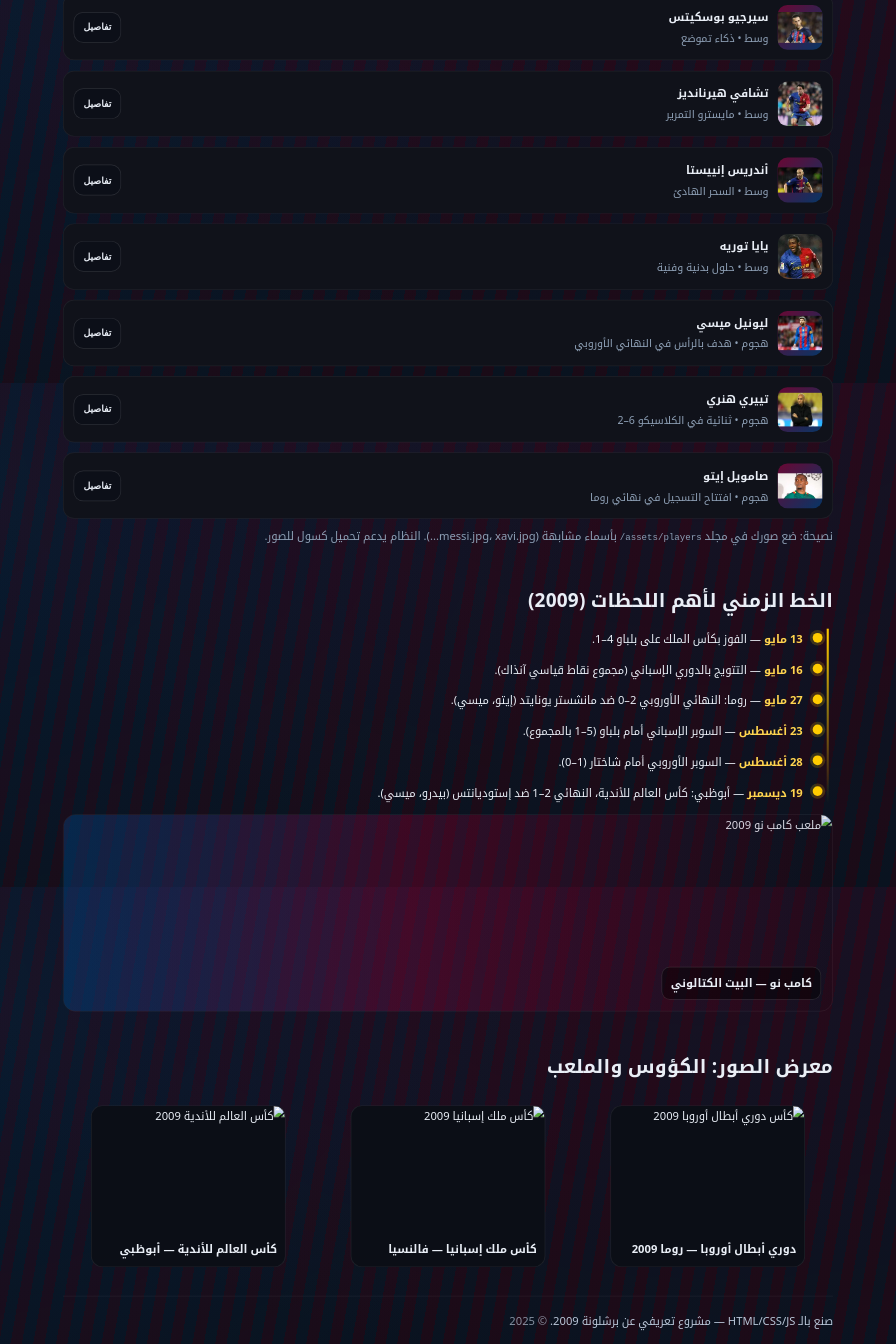
Repository: baha1115/aya-barca
Page: index.html
The author's editor kept a copy of each file at every save. The page is drawn from the files as they stood at one save, then again after the next save.
The browser window is 1280 px wide. The pictures show the part of the page from y = 1613 to 3533 px (the page is 3533 px tall), at 70% of full size.

Above is the page before, as saved 2025-11-17 14:51:48.
Not found: assets/stadium/camp-nou.jpg
Not found: assets/trophies/cdr-2009.jpg
Not found: assets/trophies/cwc-2009.jpg

### index.html
<!DOCTYPE html>
<html lang="ar" dir="rtl">
<head>
  <meta charset="utf-8" />
  <meta name="viewport" content="width=device-width, initial-scale=1" />
  <title>برشلونة 2009 | جيل السداسية</title>
  <meta name="description" content="موقع تعريفي بسيط عن نادي برشلونة 2009: إنجازات السداسية، أبرز اللاعبين، خطط اللعب، وخط زمني لأهم المباريات." />
  <style>
    :root {
      --garnet: #a50044; /* العنابي */
      --blue: #004d98;   /* الأزرق */
      --gold: #ffcc00;   /* الذهبي */
      --ink: #0d0d0f;
      --card: #10121a;
      --muted: #8ea0b6;
      --bg: #0a0c12;
      --ring: rgba(255,204,0,.35);
    }
    * { box-sizing: border-box }
    html,body { height: 100% }
    body {
      margin: 0; font-family: system-ui, -apple-system, Segoe UI, Roboto, "Noto Kufi Arabic", Tahoma, Arial, sans-serif;
      /* خلفية برشلونية بخطوط بلاوغرانا + تدرجات */
      background:
        radial-gradient(1200px 800px at 80% -10%, rgba(165,0,68,.12), transparent),
        radial-gradient(1000px 700px at -10% 20%, rgba(0,77,152,.14), transparent),
        repeating-linear-gradient( 100deg,
          rgba(165,0,68,.10) 0 16px,
          rgba(0,77,152,.10) 16px 32px
        ),
        var(--bg);
      color: #e9eef6; line-height: 1.85;
    }
    a { color: var(--gold); text-decoration: none }
    img { max-width: 100%; height: auto; display: block }
    .container { width: min(1100px, 92vw); margin-inline: auto }

    /* Navbar */
    header {
      position: sticky; top: 0; z-index: 50;
      backdrop-filter: blur(8px);
      background: linear-gradient(90deg, rgba(10,12,18,.85), rgba(10,12,18,.4));
      border-bottom: 1px solid rgba(255,255,255,.06);
    }
    nav { display: flex; align-items: center; justify-content: space-between; padding: .8rem 0; gap:.8rem; flex-wrap: wrap }
    .brand { display: flex; align-items: center; gap: .7rem; font-weight: 800; letter-spacing: .3px }
    .brand .crest { width: 34px; aspect-ratio: 1; border-radius: 10px; background:
      conic-gradient(from 0deg, var(--garnet) 0 50%, var(--blue) 0 100%);
      box-shadow: 0 0 0 3px rgba(255,255,255,.04), 0 8px 30px rgba(0,0,0,.25);
      position: relative; isolation: isolate;
    }
    .brand .crest::after{ content:""; position:absolute; inset:18% 18% 18% 18%; border-radius: 6px; background: radial-gradient(circle at 50% 30%, #ffd54f, transparent 60%) }
    .nav-links { display: flex; gap: .6rem; flex-wrap: wrap }
    .nav-links a { padding: .45rem .7rem; border-radius: 14px; font-weight: 700; color: #e9eef6 }
    .nav-links a:hover { background: rgba(255,255,255,.06) }
    .actions { display:flex; align-items:center; gap:.6rem; flex-wrap:wrap }
    .btn { border: 1px solid rgba(255,255,255,.12); background: #0c0f18; color: #e9eef6; padding:.7rem .9rem; border-radius: 14px; font-weight:800; cursor:pointer; min-height:44px }
    .btn:hover{ border-color: var(--ring); box-shadow: 0 0 0 3px var(--ring) }

    /* Hero */
    .hero { display: grid; grid-template-columns: 1.2fr 1fr; gap: 2rem; align-items: center; padding: 1.6rem 0 1rem }
    .hero h1 { font-size: clamp(1.6rem, 2.2rem + 1vw, 3rem); margin: 0 0 .6rem; line-height: 1.2 }
    .badge { display:inline-flex; gap:.5rem; align-items:center; background: linear-gradient(90deg, rgba(165,0,68,.35), rgba(0,77,152,.35)); padding:.35rem .6rem; border:1px solid rgba(255,255,255,.08); border-radius: 999px; font-weight: 800 }
    .hero p { color: #c9d5e7 }
    .hero-card { background: linear-gradient(180deg, rgba(255,255,255,.04), rgba(255,255,255,.02)); border: 1px solid rgba(255,255,255,.06); padding: 1rem; border-radius: 18px; box-shadow: 0 10px 40px rgba(0,0,0,.25) }
    .stats { display: grid; grid-template-columns: repeat(3, 1fr); gap: .8rem; margin-top: 1rem }
    .stat { background: var(--card); border: 1px solid rgba(255,255,255,.06); padding: .9rem; border-radius: 14px; text-align: center }
    .stat .num { display:block; font-weight: 900; font-size: clamp(1.4rem,1.1rem + 1vw,1.9rem) }

    /* Sections */
    section { padding: 1.6rem 0; scroll-margin-top: 90px }
    h2 { font-size: clamp(1.2rem, .9rem + 1vw, 1.7rem); margin: 0 0 1rem; letter-spacing: .3px }
    .grid { display: grid; gap: .8rem }
    .grid-3 { grid-template-columns: repeat(3, 1fr) }
    .grid-2 { grid-template-columns: repeat(2, 1fr) }

    /* Players */
    .filters { display:flex; gap:.6rem; flex-wrap:wrap; margin-bottom: 1rem }
    .chip { padding:.5rem .75rem; border-radius: 999px; border:1px solid rgba(255,255,255,.12); background:#0c0f18; cursor:pointer; font-weight:800; min-height:40px }
    .chip[aria-pressed="true"]{ outline: 3px solid var(--ring); border-color: var(--ring) }
    .player-card { background: var(--card); border: 1px solid rgba(255,255,255,.06); border-radius: 16px; padding: .9rem; display: grid; grid-template-columns: 64px 1fr auto; gap: .8rem; align-items:center }
    .player-thumb { width:64px; aspect-ratio:1; border-radius: 14px; overflow: hidden; background: linear-gradient(135deg, rgba(165,0,68,.6), rgba(0,77,152,.6)); display:grid; place-items:center; font-weight:900 }
    .player-name { margin:0; font-weight:900 }
    .player-pos { color: var(--muted); font-size: .95rem }
    .player-card button { padding:.45rem .8rem }

    /* Timeline */
    .timeline { position: relative; padding-right: 1rem }
    .timeline::before { content:""; position:absolute; right:6px; top:0; bottom:0; width:3px; background: linear-gradient(var(--gold), transparent) }
    .moment { position:relative; padding-right: 1.7rem; margin-bottom: .9rem }
    .moment::before { content:""; position:absolute; right:-1px; top:.35rem; width:14px; height:14px; border-radius:50%; background: var(--gold); box-shadow: 0 0 0 4px rgba(255,204,0,.18) }
    .moment time { font-weight:800; color:#ffd54f }

    /* Gallery */
    .gallery { display:grid; gap:.8rem; grid-template-columns: repeat(3, 1fr) }
    .tile { background: #0b0e16; border:1px solid rgba(255,255,255,.08); border-radius: 16px; overflow: hidden }
    .tile img { width:100%; height:180px; object-fit: cover }
    .tile .cap { padding:.6rem .7rem; font-weight:700 }

    /* Stadium banner */
    .banner { position:relative; overflow:hidden; border-radius:18px; border:1px solid rgba(255,255,255,.08) }
    .banner img { width:100%; height: 280px; object-fit: cover; filter: saturate(1.1) contrast(1.05) }
    .banner .overlay { position:absolute; inset:0; background: linear-gradient( to left, rgba(10,12,18,.1), rgba(165,0,68,.25) 55%, rgba(0,77,152,.35) ); mix-blend: multiply }
    .banner .label { position:absolute; right:1rem; bottom:1rem; padding:.5rem .75rem; border-radius:12px; background: rgba(0,0,0,.45); border:1px solid rgba(255,255,255,.12); font-weight:900 }

    /* Modal */
    .modal { position: fixed; inset: 0; display: none; place-items: center; background: rgba(0,0,0,.5); backdrop-filter: blur(6px) }
    .modal[open] { display: grid }
    .modal-card { width: min(720px, 92vw); background: #0b0e16; border:1px solid rgba(255,255,255,.08); border-radius: 18px; padding: 1rem }
    .modal-top { display:flex; align-items:center; justify-content: space-between; gap:1rem; border-bottom: 1px solid rgba(255,255,255,.06); padding-bottom: .6rem; margin-bottom: .7rem }

    /* Footer */
    footer { border-top: 1px solid rgba(255,255,255,.06); padding: 1.2rem 0; color: #b9c6d8 }

    /* Responsive */
    @media (max-width: 860px){
      .hero { grid-template-columns: 1fr; gap:1rem }
      .grid-3 { grid-template-columns: 1fr }
      .grid-2 { grid-template-columns: 1fr }
      .gallery { grid-template-columns: 1fr 1fr }
      .player-card { grid-template-columns: 56px 1fr auto }
      .player-thumb{ width:56px }
      nav { padding: .6rem 0 }
    }
    @media (max-width: 520px){
      .stats { grid-template-columns: 1fr 1fr }
      .gallery { grid-template-columns: 1fr }
      .nav-links { gap:.4rem }
      .nav-links a { padding:.4rem .55rem }
      .btn { width: 100% }
      .actions { width: 100% }
    }
  </style>
</head>
<body>
  <header>
    <div class="container">
      <nav>
        <div class="brand">
          <div aria-hidden="true" class="crest"></div>
          <span>برشلونة 2009</span>
        </div>
        <div class="nav-links">
          <a href="#about">عن الفريق</a>
          <a href="#trophies">الإنجازات</a>
          <a href="#players">اللاعبون</a>
          <a href="#timeline">الخط الزمني</a>
        </div>
        <div class="actions">
          <button class="btn" id="themeToggle" aria-pressed="false">وضع داكن/فاتح</button>
          <a class="btn" href="#players">ابدأ الاستكشاف</a>
        </div>
      </nav>
    </div>
  </header>

  <main class="container">
    <!-- Hero -->
    <section class="hero" id="about">
      <div>
        <span class="badge">جيل بيب جوارديولا • 2008–09</span>
        <h1>برشلونة 2009 — <span style="background:linear-gradient(90deg,var(--gold),#fff);-webkit-background-clip:text;background-clip:text;color:transparent">فريق السداسية التاريخي</span></h1>
        <p>
          موسم 2008–09 شهد أفضل نسخة من برشلونة في العصر الحديث تحت قيادة بيب جوارديولا؛ كرة استحواذ سريعة، ضغط عالٍ، وتفاهم
          مذهل بين <strong>ميسي</strong> و<strong>تشافي</strong> و<strong>إنييستا</strong>. خلال عام 2009 اكتمل الإنجاز الاستثنائي:
          <em>السداسية</em> (الدوري، الكأس، دوري الأبطال، السوبر الإسباني، السوبر الأوروبي، وكأس العالم للأندية).
        </p>
        <div class="stats">
          <div class="stat">
            <span class="num" data-count="6">0</span>
            <span>ألقاب في 2009</span>
          </div>
          <div class="stat">
            <span class="num" data-count="105">0</span>
            <span>أهداف بالدوري 08/09</span>
          </div>
          <div class="stat">
            <span class="num" data-count="2.76">0</span>
            <span>متوسط أهداف/مباراة</span>
          </div>
        </div>
      </div>
      <div class="hero-card">
        <h3 style="margin:0 0 .4rem">فلسفة اللعب</h3>
        <ul style="margin:0 0 .6rem; padding-right: 1rem">
          <li>الاستحواذ + التحولات السريعة</li>
          <li>أظهُر عالية (ألفيس) لتوسيع الملعب</li>
          <li>محور ارتكاز ذكي (بوسكيتس/توريه)</li>
          <li>ثلاثي هجومي مرعب: ميسي، هنري، إيتو</li>
        </ul>
        <small style="color:var(--muted)">* الأرقام تقريبية لأغراض العرض.</small>
      </div>
    </section>

    <!-- Trophies -->
    <section id="trophies">
      <h2>الإنجازات الرئيسية في 2009</h2>
      <div class="grid grid-3">
        <div class="stat" role="article"><span class="num">الدوري الإسباني</span><span>2010/2009 (تحقيق الدوري موسم 08/09)</span></div>
        <div class="stat" role="article"><span class="num">كأس الملك</span><span>2009</span></div>
        <div class="stat" role="article"><span class="num">دوري أبطال أوروبا</span><span>2009</span></div>
        <div class="stat" role="article"><span class="num">السوبر الإسباني</span><span>2009</span></div>
        <div class="stat" role="article"><span class="num">السوبر الأوروبي</span><span>2009</span></div>
        <div class="stat" role="article"><span class="num">كأس العالم للأندية</span><span>2009</span></div>
      </div>
    </section>

    <!-- Players -->
    <section id="players">
      <h2>أبرز لاعبي التشكيلة</h2>
      <div class="filters" role="toolbar" aria-label="تصفية حسب المركز">
        <button class="chip" data-pos="all" aria-pressed="true">الكل</button>
        <button class="chip" data-pos="حارس">حارس</button>
        <button class="chip" data-pos="دفاع">دفاع</button>
        <button class="chip" data-pos="وسط">وسط</button>
        <button class="chip" data-pos="هجوم">هجوم</button>
      </div>
      <div class="grid" id="playersGrid" style="gap:.9rem"></div>
      <p style="color:var(--muted);margin:.6rem 0 0">نصيحة: ضع صورك في مجلد <code>assets/players/</code> بأسماء مشابهة (messi.jpg، xavi.jpg...). النظام يدعم تحميل كسول للصور.</p>
    </section>

    <!-- Timeline -->
    <section id="timeline">
      <h2>الخط الزمني لأهم اللحظات (2009)</h2>
      <div class="timeline">
        <article class="moment"><time>13 مايو</time> — الفوز بكأس الملك على بلباو 4–1.</article>
        <article class="moment"><time>16 مايو</time> — التتويج بالدوري الإسباني (مجموع نقاط قياسي آنذاك).</article>
        <article class="moment"><time>27 مايو</time> — روما: النهائي الأوروبي 2–0 ضد مانشستر يونايتد (إيتو، ميسي).</article>
        <article class="moment"><time>23 أغسطس</time> — السوبر الإسباني أمام بلباو (5–1 بالمجموع).
        </article>
        <article class="moment"><time>28 أغسطس</time> — السوبر الأوروبي أمام شاختار (1–0).</article>
        <article class="moment"><time>19 ديسمبر</time> — أبوظبي: كأس العالم للأندية، النهائي 2–1 ضد إستوديانتس (بيدرو، ميسي).</article>
      </div>

      <div class="banner" style="margin-top:1rem">
        <img src="assets/stadium/camp-nou.jpg" alt="ملعب كامب نو 2009" loading="lazy" />
        <div class="overlay"></div>
        <div class="label">كامب نو — البيت الكتالوني</div>
      </div>
    </section>

    <section id="gallery">
      <h2>معرض الصور: الكؤوس والملعب</h2>
      <div class="gallery">
        <figure class="tile">
          <img src="assets/trophies/ucl-2009.jpg" alt="كأس دوري أبطال أوروبا 2009" loading="lazy" />
          <figcaption class="cap">دوري أبطال أوروبا — روما 2009</figcaption>
        </figure>
        <figure class="tile">
          <img src="assets/trophies/cdr-2009.jpg" alt="كأس ملك إسبانيا 2009" loading="lazy" />
          <figcaption class="cap">كأس ملك إسبانيا — فالنسيا</figcaption>
        </figure>
        <figure class="tile">
          <img src="assets/trophies/cwc-2009.jpg" alt="كأس العالم للأندية 2009" loading="lazy" />
          <figcaption class="cap">كأس العالم للأندية — أبوظبي</figcaption>
        </figure>
      </div>
    </section>
  </main>

  <footer class="container">
    صنع بالـ HTML/CSS/JS — مشروع تعريفي عن برشلونة 2009.
    <span style="opacity:.7">© 2025</span>
  </footer>

  <dialog class="modal" id="playerModal" aria-labelledby="modalTitle" aria-modal="true">
    <div class="modal-card">
      <div class="modal-top">
        <h3 id="modalTitle" style="margin:0">تفاصيل اللاعب</h3>
        <button class="btn" data-close>إغلاق</button>
      </div>
      <div id="modalBody"></div>
    </div>
  </dialog>

  <button id="toTop" class="btn" style="position:fixed; left: 1rem; bottom: 1rem; display:none">أعلى</button>

  <script>
    // بيانات اللاعبين (مختصرة ومبسطة)
    const players = [
      { name: 'فيكتور فالديس', pos: 'حارس', number: 1, img: 'valdes.webp',  highlight: 'أفضل حارس في نهائي روما', bio: 'عمود أساسي في بناء اللعب من الخلف.' },
      { name: 'داني ألفيش', pos: 'دفاع', number: 2, img: 'alves.webp',   highlight: 'صناعة فرص بالجملة', bio: 'جناح مقنَّع على الجهة اليمنى.' },
      { name: 'جيرارد بيكيه', pos: 'دفاع', number: 3, img: 'pique.webp',  highlight: 'ثقة في البناء', bio: 'عودته من مانشستر يونايتد كانت نقطة تحول.' },
      { name: 'كارليس بويول', pos: 'دفاع', number: 5, img: 'peol.webp',  highlight: 'قلب الفريق', bio: 'قيادي شرس وتدخلات حاسمة.' },
      { name: 'إريك أبيدال', pos: 'دفاع', number: 22, img: 'abidal.webp', highlight: 'ثبات دفاعي', bio: 'تغطية مثالية في الجهة اليسرى.' },
      { name: 'سيرجيو بوسكيتس', pos: 'وسط', number: 28, img: 'busquets.webp', highlight: 'ذكاء تموضع', bio: 'الظهور الأول الكبير مع بيب وأصبح محور المنظومة.' },
      { name: 'تشافي هيرنانديز', pos: 'وسط', number: 6, img: 'xavi.webp', highlight: 'مايسترو التمرير', bio: 'إملاء إيقاع اللعب بدقة متناهية.' },
      { name: 'أندريس إنييستا', pos: 'وسط', number: 8, img: 'iniesta.webp', highlight: 'السحر الهادئ', bio: 'لقب "الرسام" لتأثيره الفني الحاسم.' },
      { name: 'يايا توريه', pos: 'وسط', number: 24, img: 'yaya.webp', highlight: 'حلول بدنية وفنية', bio: 'لعب قلب دفاع في أوقات حرجة بنهائي الكأس.' },
      { name: 'ليونيل ميسي', pos: 'هجوم', number: 10, img: 'messi.webp', highlight: 'هدف بالرأس في النهائي الأوروبي', bio: 'نجم الفريق الأول في بداية حقبة ذهبية.' },
      { name: 'تييري هنري', pos: 'هجوم', number: 14, img: 'henry.webp', highlight: 'ثنائية في الكلاسيكو 6–2', bio: 'خبرة وهدوء أمام المرمى.' },
      { name: 'صامويل إيتو', pos: 'هجوم', number: 9, img: 'eto.webp', highlight: 'افتتاح التسجيل في نهائي روما', bio: 'حاسة تهديف قاتلة وحركة بلا توقف.' }
    ];

    const grid = document.getElementById('playersGrid');
    const modal = document.getElementById('playerModal');
    const modalBody = document.getElementById('modalBody');

    function renderPlayers(filter = 'all'){
      grid.innerHTML = '';
      players
        .filter(p => filter === 'all' ? true : p.pos === filter)
        .forEach(p => {
          const card = document.createElement('article');
          card.className = 'player-card';
          card.innerHTML = `
            <div class="player-thumb" aria-hidden="true">
              ${p.img ? `<img src="${p.img}" alt="${p.name}" loading="lazy" width="128" height="128" onerror="this.style.display='none'"/>` : `<span>${p.number}</span>`}
            </div>
            <div>
              <h4 class="player-name">${p.name}</h4>
              <div class="player-pos">${p.pos} • ${p.highlight}</div>
            </div>
            <div>
              <button class="btn" data-open>تفاصيل</button>
            </div>
          `;
          card.querySelector('[data-open]').addEventListener('click', () => openPlayer(p));
          grid.appendChild(card);
        })
    }

    function openPlayer(p){
    modalBody.innerHTML = `
      <div style="display:grid; grid-template-columns: 120px 1fr; gap:1rem; align-items:start">
        <div class="player-thumb" style="width:120px">
          ${p.img ? `<img src='${p.img}' alt='${p.name}' loading='lazy'/>` : `<span>${p.number}</span>`}
        </div>
        <div>
          <h4 style="margin:.2rem 0">${p.name}</h4>
          <p style="margin:.2rem 0; color:var(--muted)">${p.pos}</p>
          <p>${p.bio}</p>
        </div>
      </div>`;
    modal.setAttribute('open', '');
  }

  document.querySelector('[data-close]').addEventListener('click', () => modal.removeAttribute('open'));
  modal.addEventListener('click', (e) => { if(e.target === modal) modal.removeAttribute('open') });
    // Filter chips
    const chips = document.querySelectorAll('.chip');
    chips.forEach(ch => ch.addEventListener('click', () => {
      chips.forEach(c => c.setAttribute('aria-pressed', 'false'));
      ch.setAttribute('aria-pressed', 'true');
      renderPlayers(ch.dataset.pos);
    }));

    // Stats count up
    const observer = new IntersectionObserver((entries)=>{
      entries.forEach(entry =>{
        if(entry.isIntersecting){
          const el = entry.target; const to = parseFloat(el.dataset.count);
          const isFloat = !Number.isInteger(to);
          const duration = 1200; const start = performance.now();
          function tick(now){
            const p = Math.min(1, (now - start)/duration);
            const val = to * p;
            el.textContent = isFloat ? val.toFixed(2) : Math.round(val);
            if(p < 1) requestAnimationFrame(tick);
          }
          requestAnimationFrame(tick);
          observer.unobserve(el);
        }
      })
    }, { threshold: .6 });
    document.querySelectorAll('.num[data-count]').forEach(el => observer.observe(el));

    // Theme toggle
    const themeBtn = document.getElementById('themeToggle');
    const root = document.documentElement;
    themeBtn.addEventListener('click', () => {
      const dark = root.dataset.theme !== 'light';
      if(dark){
        root.dataset.theme = 'light';
        root.style.setProperty('--bg', '#f7f8fb');
        root.style.setProperty('--card', '#ffffff');
        root.style.setProperty('--ink', '#0d0d0f');
        document.body.style.color = '#1c2430';
        themeBtn.setAttribute('aria-pressed', 'true');
      } else {
        root.dataset.theme = 'dark';
        root.style.setProperty('--bg', '#0a0c12');
        root.style.setProperty('--card', '#10121a');
        document.body.style.color = '#e9eef6';
        themeBtn.setAttribute('aria-pressed', 'false');
      }
      // إعادة طلاء الخلفية
      document.body.style.background = root.dataset.theme === 'light'
        ? 'linear-gradient(180deg, #fff, #eef3ff)'
        : `radial-gradient(1200px 800px at 80% -10%, rgba(165,0,68,.12), transparent),
           radial-gradient(1000px 700px at -10% 20%, rgba(0,77,152,.14), transparent),
           repeating-linear-gradient( 100deg, rgba(165,0,68,.10) 0 16px, rgba(0,77,152,.10) 16px 32px), var(--bg)`;
    });

    // Scroll to top
    const toTop = document.getElementById('toTop');
    window.addEventListener('scroll', () => {
      toTop.style.display = window.scrollY > 400 ? 'block' : 'none';
    });
    toTop.addEventListener('click', () => window.scrollTo({top:0, behavior:'smooth'}));

    // Init
    renderPlayers();
  </script>
</body>
</html>

After the next save:
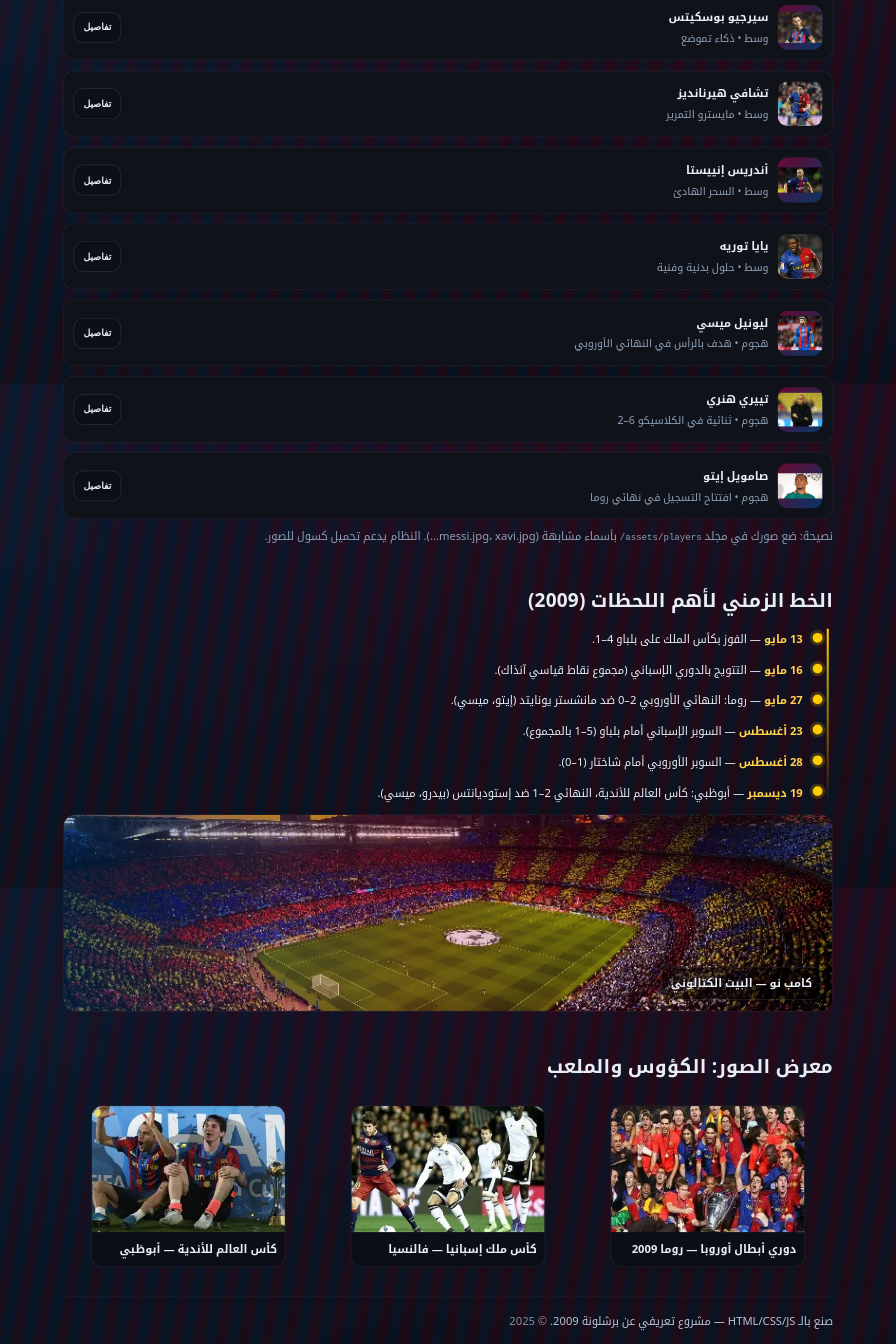
Saved 98 s later.
--- a/index.html
+++ b/index.html
@@ -233,7 +233,7 @@
       </div>
 
       <div class="banner" style="margin-top:1rem">
-        <img src="assets/stadium/camp-nou.jpg" alt="ملعب كامب نو 2009" loading="lazy" />
+        <img src="/campnou.webp" alt="ملعب كامب نو 2009" loading="lazy" />
         <div class="overlay"></div>
         <div class="label">كامب نو — البيت الكتالوني</div>
       </div>
@@ -243,15 +243,15 @@
       <h2>معرض الصور: الكؤوس والملعب</h2>
       <div class="gallery">
         <figure class="tile">
-          <img src="assets/trophies/ucl-2009.jpg" alt="كأس دوري أبطال أوروبا 2009" loading="lazy" />
+          <img src="chapionsleaugue.webp" alt="كأس دوري أبطال أوروبا 2009" loading="lazy" />
           <figcaption class="cap">دوري أبطال أوروبا — روما 2009</figcaption>
         </figure>
         <figure class="tile">
-          <img src="assets/trophies/cdr-2009.jpg" alt="كأس ملك إسبانيا 2009" loading="lazy" />
+          <img src="/valencia.webp" alt="كأس ملك إسبانيا 2009" loading="lazy" />
           <figcaption class="cap">كأس ملك إسبانيا — فالنسيا</figcaption>
         </figure>
         <figure class="tile">
-          <img src="assets/trophies/cwc-2009.jpg" alt="كأس العالم للأندية 2009" loading="lazy" />
+          <img src="/coupe de monde.webp" alt="كأس العالم للأندية 2009" loading="lazy" />
           <figcaption class="cap">كأس العالم للأندية — أبوظبي</figcaption>
         </figure>
       </div>
